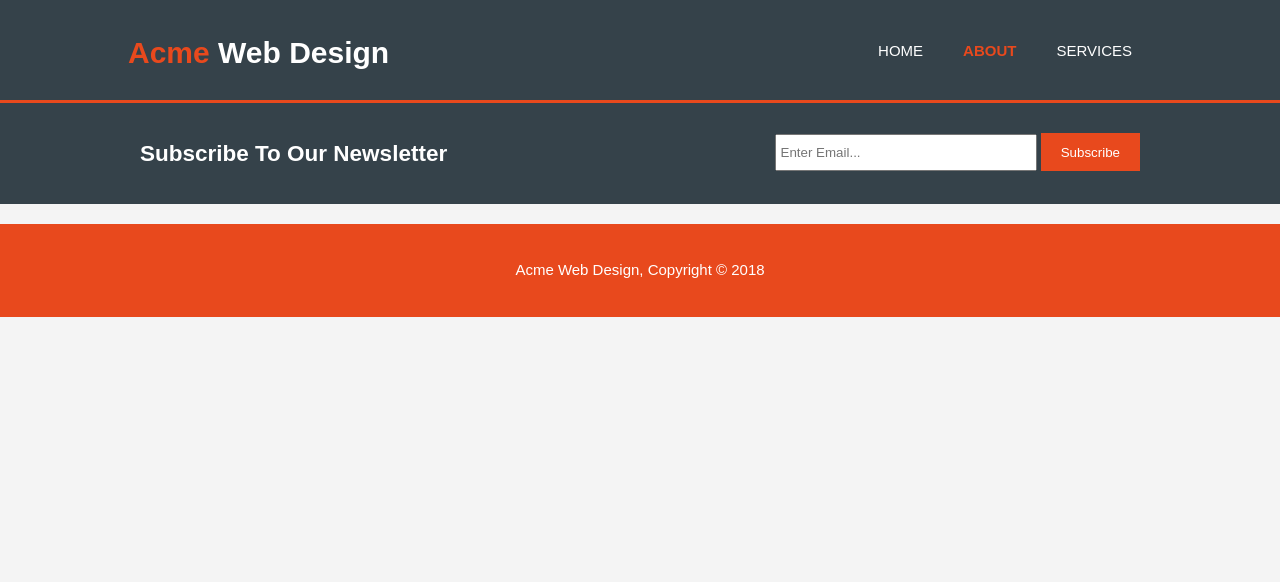
Repository: pablitoe61/exercices-html
Page: responsive/about.html
The author's editor kept a record of every edit. The page is drawn from the files as they stood at one moment, then again after the next edit.
The browser window is 1280 px wide. The pictures show the whole page.
Some web libraries are served in a nearby version.

Above is the page before.

After the next edit:
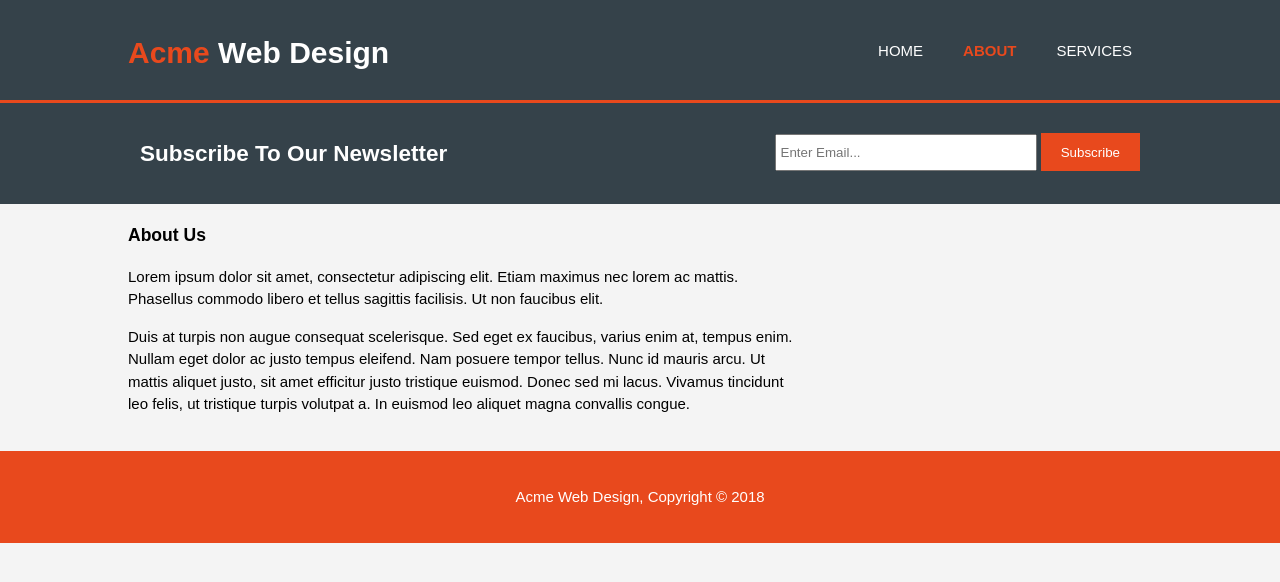
The edit:
--- a/responsive/about.html
+++ b/responsive/about.html
@@ -39,7 +39,19 @@
                 </div>
             </section>
 
-
+            <section id="main">
+                <div class="container">
+                    <article id="main-col">
+                        <h1 class="page-title">About Us</h1>
+                        <p>
+                            Lorem ipsum dolor sit amet, consectetur adipiscing elit. Etiam maximus nec lorem ac mattis. Phasellus commodo libero et tellus sagittis facilisis. Ut non faucibus elit.
+                        </p>
+                        <p>
+                            Duis at turpis non augue consequat scelerisque. Sed eget ex faucibus, varius enim at, tempus enim. Nullam eget dolor ac justo tempus eleifend. Nam posuere tempor tellus. Nunc id mauris arcu. Ut mattis aliquet justo, sit amet efficitur justo tristique euismod. Donec sed mi lacus. Vivamus tincidunt leo felis, ut tristique turpis volutpat a. In euismod leo aliquet magna convallis congue.
+                        </p>
+                    </article>
+                </div>
+            </section>
 
             <footer>
                 <p>Acme Web Design, Copyright &copy; 2018</p>
